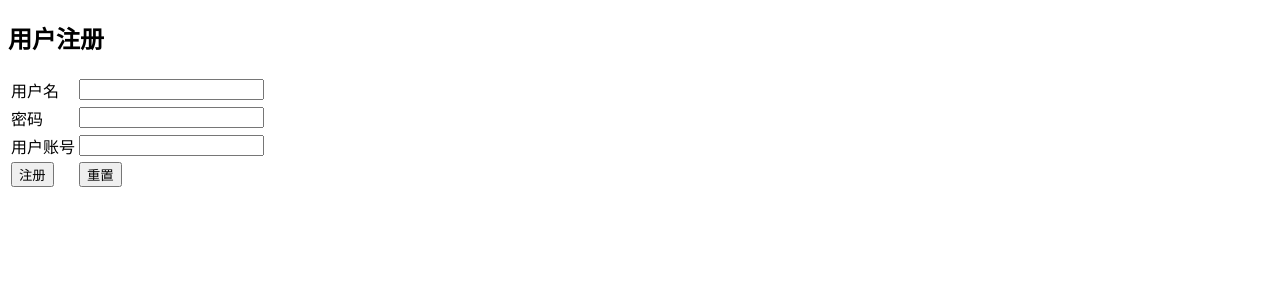
Repository: Cucujn/TRY
Page: http://localhost/WeeklyReport/register1.jsp
The author's editor kept a copy of each file at every save. The page is drawn from the files as they stood at one save, then again after the next save.
The browser window is 1280 px wide. The pictures show the whole page.
The page is served by Tomcat 9. Other server files are loaded and not shown.

Above is the page before, as saved 2017-12-05 08:16:39.

### WeeklyReport/WebContent/register1.jsp
<%@ page language="java" contentType="text/html; charset=UTF-8"
	pageEncoding="UTF-8"%>
<!DOCTYPE html PUBLIC "-//W3C//DTD HTML 4.01 Transitional//EN" "http://www.w3.org/TR/html4/loose.dtd">
<html>
<head>
<meta http-equiv="Content-Type" content="text/html; charset=UTF-8">
<title>注册页面</title>
</head>
<body>
	<h2>用户注册</h2>
	<script language="javascript">
	alert("请进行注册!");

	</script>
	<form action="login.jsp" method="post" >
		<table>
			<tr>
				<td>用户名</td>
				<td><input type="text" name="username" ></td>
			</tr>
			<tr>
				<td>密码</td>
				<td><input type="password" name="password" ></td>
			</tr>
			<tr>
				<td>用户账号</td>
				<td><input type="text" name="userId"></td>
			</tr>
			<tr>
				<td><input type="submit" value="注册"></td>
				<td><input type="reset" value="重置"></td>
			</tr>

		</table>
	</form>

</body>
</html>

After the next save:
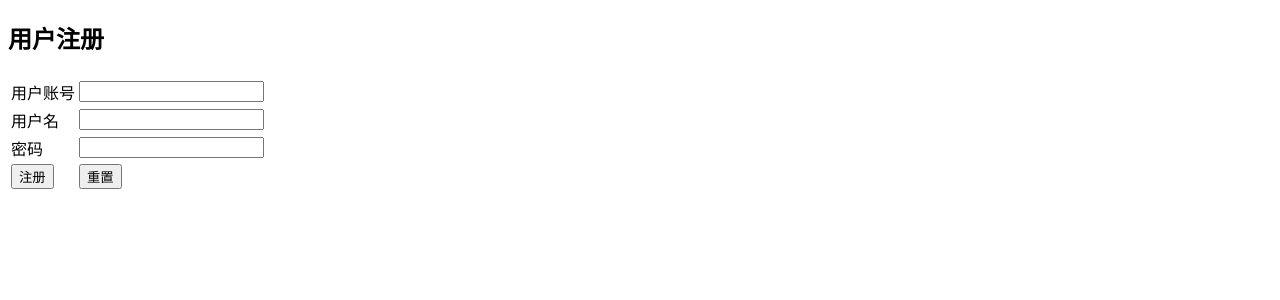
Saved 26 s later.
--- a/WeeklyReport/WebContent/register1.jsp
+++ b/WeeklyReport/WebContent/register1.jsp
@@ -8,23 +8,19 @@
 </head>
 <body>
 	<h2>用户注册</h2>
-	<script language="javascript">
-	alert("请进行注册!");
-
-	</script>
 	<form action="login.jsp" method="post" >
 		<table>
 			<tr>
+			<tr>
+				<td>用户账号</td>
+				<td><input type="text" name="userId"></td>
+			</tr>
 				<td>用户名</td>
 				<td><input type="text" name="username" ></td>
 			</tr>
 			<tr>
 				<td>密码</td>
 				<td><input type="password" name="password" ></td>
-			</tr>
-			<tr>
-				<td>用户账号</td>
-				<td><input type="text" name="userId"></td>
 			</tr>
 			<tr>
 				<td><input type="submit" value="注册"></td>
